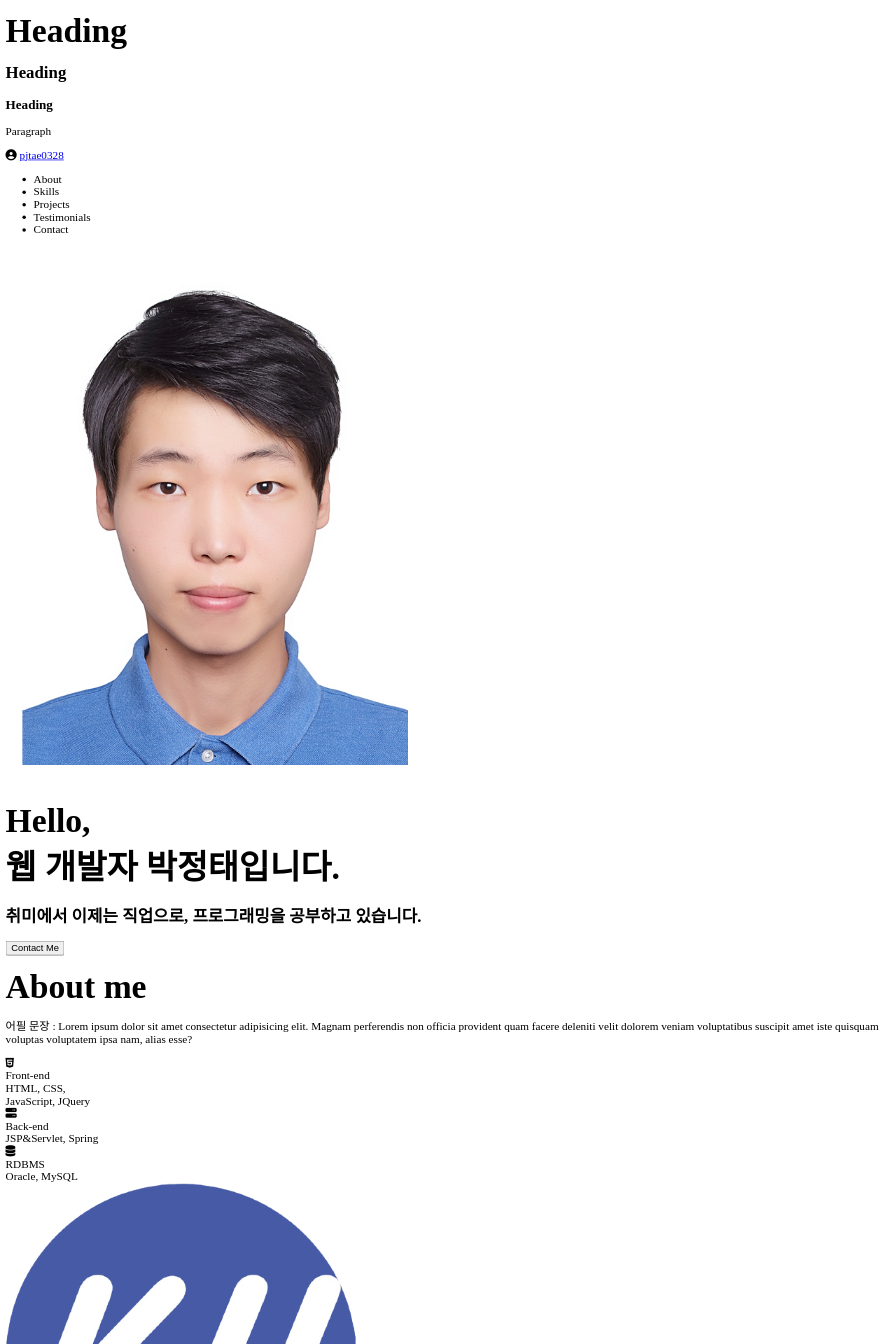
Repository: pjtae0328/Portfolio
Page: index.html
An editor plug-in stored every save of this project. The page is shown before and after the next save, followed by the edit.
The browser window is 1280 px wide. The pictures show the part of the page from y = 0 to 1920 px (the page is 6997 px tall before and 7087 px after), at 70% of full size.
Some web libraries are served in a nearby version.

Above is the page before, as saved 2021-09-02 21:06:50.

After the next save:
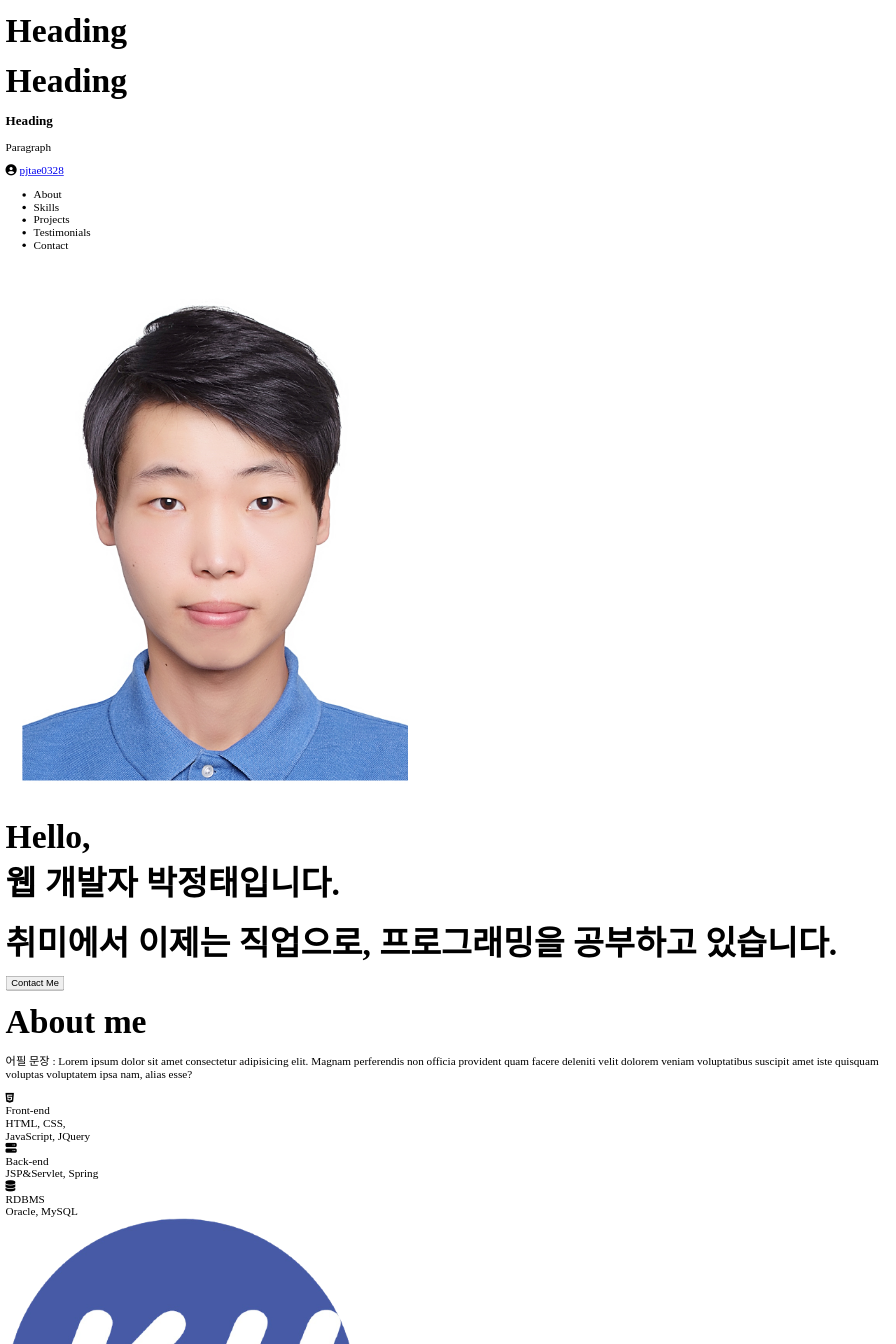
Saved 13 s later.
--- a/style.css
+++ b/style.css
@@ -45,4 +45,8 @@
 }
 
 h2 {
+  font-size: var(--font-large);
+  font-weight: var(--weight-bold);
+  color: var(--color-black);
+  margin: 16px 0;
 }
